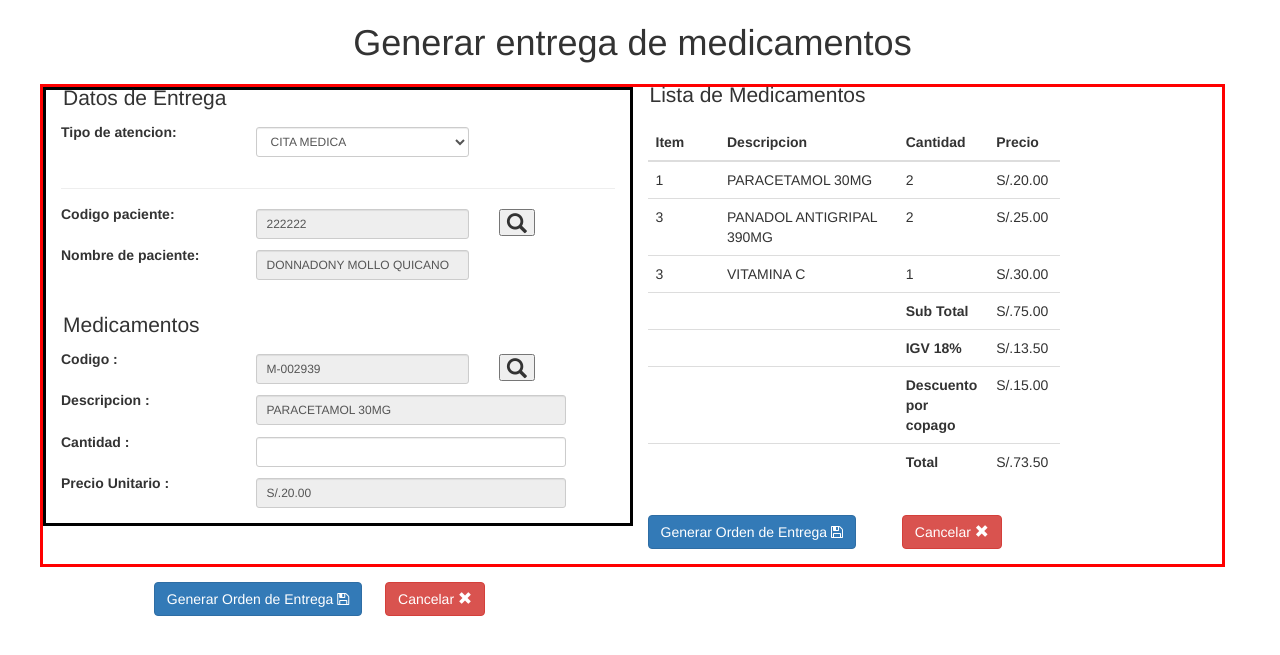
Repository: Donyx10/ADSII-ProyectoClinica
Page: http://localhost/AvanceWeb/GenerarOrdenDeEntregaDeMedicamentos2.jsp
An editor plug-in stored every save of this project. The page is shown before and after the next save, followed by the edit.
The browser window is 1280 px wide. The pictures show the whole page.
Some web fonts or font styles are not loaded; a fallback is used. The page is served by Tomcat 9. Other server files are loaded and not shown.

Above is the page before, as saved 2018-06-07 16:33:40.

### WebDemo/AvanceWeb/WebContent/GenerarOrdenDeEntregaDeMedicamentos2.jsp
<!DOCTYPE html>
<html lang="esS">
<head>
<meta charset="UTF-8">
<meta name="viewport"
	content="width=device-width, initial-scale=1, maximum-scale=1, user-scalable=no">
<script type="text/javascript" src="js/jquery.min.js"></script>
<script type="text/javascript" src="js/jquery.dataTables.min.js"></script>
<script type="text/javascript" src="js/dataTables.bootstrap.min.js"></script>
<script type="text/javascript" src="js/bootstrap.min.js"></script>
<script type="text/javascript" src="js/bootstrapValidator.js"></script>
<link rel="stylesheet" href="css/bootstrap.css" />
<link rel="stylesheet" href="css/dataTables.bootstrap.min.css" />
<link rel="stylesheet" href="css/style.css" />
<link rel="stylesheet" href="css/bootstrapValidator.css" />
<link rel="stylesheet"
	href="https://cdnjs.cloudflare.com/ajax/libs/font-awesome/4.7.0/css/font-awesome.min.css">
<title>Generar orden de entrega de medicamentos</title>

</head>
<body>

	<div class="container"
		style="padding-top: 3px; line-height: 0.8; padding-left: 0.01px;">
		<h1 align="center">Generar entrega de medicamentos</h1>
		<br>
		<form action="generarCita" id="id_form">
			<div class="form-group row"
				style="border-style: solid; border-color: red;">
				<div class="col-md-6"
					style="border-style: solid; border-color: black;">

					<div class="form-group row" align="left" id="paciente">
						<div class="col-md-12">
							<fieldset>
								<legend>Datos de Entrega</legend>
								<div class="row">
									<div class="col-md-4">
										<label class="" for="id_codigo">Tipo de atencion:</label>
									</div>
									<div class="col-md-5">
										<select class="form-control input-sm" style="">
											<option>CITA MEDICA
											<option>EMERGENCIA
										</select>
									</div>
								</div>
								<br>
								<hr>
								<div class="row">

									<div class="col-md-4">
										<label class="" for="id_codigo">Codigo paciente:</label>
									</div>
									<div class="col-md-5">
										<input class="form-control input-sm" type="text"
											value="222222" id="" name="" readonly="readonly"
											placeholder="Ingrese el codigo">
									</div>
									<div class="col-md-2">
										<button style="font-size: 20px">
											<i class="glyphicon glyphicon-search"></i>
										</button>
									</div>
								</div>
								<br>



								<div class="row">
									<div class="col-md-4">
										<label class="" for="">Nombre de paciente:</label>
									</div>
									<div class="col-md-5">
										<input class="form-control input-sm" type="text"
											readonly="readonly" value="DONNADONY MOLLO QUICANO" id=""
											name="" placeholder="Ingrese el nombre" size="30">
									</div>

								</div>
								<br>
								<!--
							<div class="row">
								<div class="col-md-3">
									<label class="" for="">Estado:</label>
								</div>
								<div class="col-md-5">
									<input class="form-control" type="text" disabled="disabled" value="CANCELADO"
										id="" name="" placeholder="Ingrese el nombre" size="30">
								</div>
								<br>
							</div>
							<br>
							-->
							</fieldset>
						</div>


					</div>

					<br>
					<div class="form-group row" align="left" id="paciente">
						<div class="col-md-12">
							<fieldset>
								<legend>Medicamentos</legend>
							</fieldset>
							<div class="row">

								<div class="col-md-4">
									<label class="" for="id_codigo">Codigo : </label>
								</div>
								<div class="col-md-5">
									<input class="form-control input-sm" type="text"
										value="M-002939" id="" name="" readonly="readonly"
										placeholder="">
								</div>
								<div class="col-md-2">
									<button style="font-size: 20px">
										<i class="glyphicon glyphicon-search"></i>
									</button>
								</div>
							</div>
							<br>
							<div class="row">

								<div class="col-md-4">
									<label class="" for="id_codigo">Descripcion : </label>
								</div>
								<div class="col-md-7">
									<input class="form-control input-sm" type="text"
										value="PARACETAMOL 30MG" id="" name="" readonly="readonly"
										placeholder="">
								</div>

							</div>
							<br>
							<div class="row">

								<div class="col-md-4">
									<label class="" for="id_codigo">Cantidad : </label>
								</div>
								<div class="col-md-7">
									<input class="form-control input-sm" type="number"
										name="quantity" min="1" max="10">
								</div>

							</div>
							<br>
							<div class="row">

								<div class="col-md-4">
									<label class="" for="id_codigo">Precio Unitario : </label>
								</div>
								<div class="col-md-7">
									<input class="form-control input-sm" type="text"
										name="quantity" value="S/.20.00" readonly="readonly">
								</div>

							</div>
						</div>
					</div>


				</div>
				<div class="col-md-6">
					<div class="form-group row" id="medico">
						<div class="col-md-12">
							<fieldset>

								<legend> Lista de Medicamentos</legend>
								<div class="row">
									<div class="col-md-9">
										<table class="table table-sm">
											<thead>
												<tr>
													<th class="col-md-2">Item</th>
													<th class="col-md-5">Descripcion</th>
													<th class="col-md-2">Cantidad</th>
													<th class="col-md-2">Precio</th>

												</tr>
											</thead>
											<tbody>
												<tr>
													<td class="col-md-2">1</td>
													<td class="col-md-5">PARACETAMOL 30MG</td>
													<td class="col-md-2">2</td>
													<td class="col-md-2">S/.20.00</td>
												</tr>
												<tr>
													<td class="col-md-2">3</td>
													<td class="col-md-5">PANADOL ANTIGRIPAL 390MG</td>
													<td class="col-md-2">2</td>
													<td class="col-md-2">S/.25.00</td>
												</tr>
												<tr>
													<td class="col-md-2">3</td>
													<td class="col-md-5">VITAMINA C</td>
													<td class="col-md-2">1</td>
													<td class="col-md-2">S/.30.00</td>
												</tr>
												<tr>
													<td class="col-md-2"></td>
													<td class="col-md-5"></td>
													<td class="col-md-2"><strong>Sub Total</strong></td>
													<td class="col-md-2">S/.75.00</td>
												</tr>
												<tr>
													<td class="col-md-2"></td>
													<td class="col-md-5"></td>
													<td class="col-md-2"><strong>IGV 18%</strong></td>
													<td class="col-md-2">S/.13.50</td>
												</tr>
												<tr>
													<td class="col-md-2"></td>
													<td class="col-md-5"></td>
													<td class="col-md-2"><strong>Descuento por
															copago</strong></td>
													<td class="col-md-2">S/.15.00</td>
												</tr>
												<tr>
													<td class="col-md-2"></td>
													<td class="col-md-5"></td>
													<td class="col-md-2"><strong>Total</strong></td>
													<td class="col-md-2">S/.73.50</td>
												</tr>

											</tbody>
										</table>
									</div>
								</div>




							</fieldset>
						</div>
					</div>
					<div class="form-group row" align="center" id="paciente">
						<div class="col-md-12" >
							<div class="row">
								<div class="col-md-4">
									<button type="submit" class="btn btn-primary">
										Generar Orden de Entrega <i class="fa fa-save"></i>
									</button>
								</div>
								<div class="col-md-1"></div>
								<div class="col-md-3">
									<button type="submit" class="btn btn-danger">
										Cancelar <span class="glyphicon glyphicon-remove"></span>
									</button>
								</div>
							</div>
						</div>
					</div>
				</div>


			</div>

			<div class="form-group row" id="botones">
				<div class="col-md-1" align="center"></div>
				<div class="col-md-2" align="center">
					<button type="submit" class="btn btn-primary">
						Generar Orden de Entrega <i class="fa fa-save"></i>
					</button>
				</div>
				<div class="col-md-2" align="center">
					<button type="submit" class="btn btn-danger">
						Cancelar <span class="glyphicon glyphicon-remove"></span>
					</button>
				</div>
			</div>
	</div>
	</form>
	</div>
</body>
</html>

### WebDemo/AvanceWeb/WebContent/css/style.css


.table-fixed {
	width: 100%;
	background-color: #f3f3f3;
}

.table-fixed tbody {
	height: 120px;
	overflow-y: auto;
	width: 100%;
}

.table-fixed thead, .table-fixed tbody, .table-fixed tr, .table-fixed td,
	.table-fixed th {
	display: block;
}

.table-fixed tbody td {
	float: left;
}

.table-fixed thead tr th {
	float: left;
	background-color: #f39c12;
	border-color: #e67e22;
}

legend {
    display: block;
    padding-left: 2px;
    padding-right: 2px;
    border: none;
}

Loaded but not shown: WebDemo/AvanceWeb/WebContent/js/jquery.min.js (library); WebDemo/AvanceWeb/WebContent/js/jquery.dataTables.min.js (library); WebDemo/AvanceWeb/WebContent/js/dataTables.bootstrap.min.js (common file); WebDemo/AvanceWeb/WebContent/js/bootstrap.min.js (library); WebDemo/AvanceWeb/WebContent/js/bootstrapValidator.js (library); WebDemo/AvanceWeb/WebContent/css/bootstrap.css (library); WebDemo/AvanceWeb/WebContent/css/dataTables.bootstrap.min.css (library); WebDemo/AvanceWeb/WebContent/css/bootstrapValidator.css (common file)

After the next save:
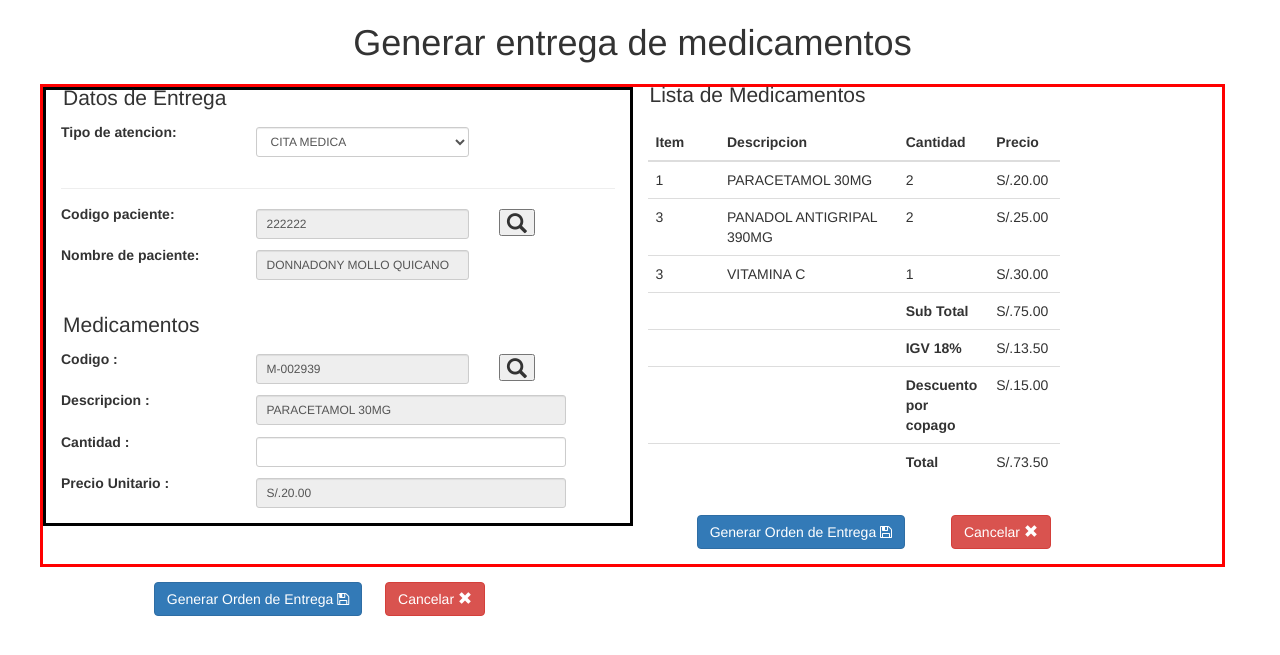
Saved 12 s later.
--- a/WebDemo/AvanceWeb/WebContent/GenerarOrdenDeEntregaDeMedicamentos2.jsp
+++ b/WebDemo/AvanceWeb/WebContent/GenerarOrdenDeEntregaDeMedicamentos2.jsp
@@ -237,8 +237,9 @@
 						</div>
 					</div>
 					<div class="form-group row" align="center" id="paciente">
-						<div class="col-md-12" >
-							<div class="row">
+						<div class="col-md-12">
+							<div class="row">
+								<div class="col-md-1"></div>
 								<div class="col-md-4">
 									<button type="submit" class="btn btn-primary">
 										Generar Orden de Entrega <i class="fa fa-save"></i>
